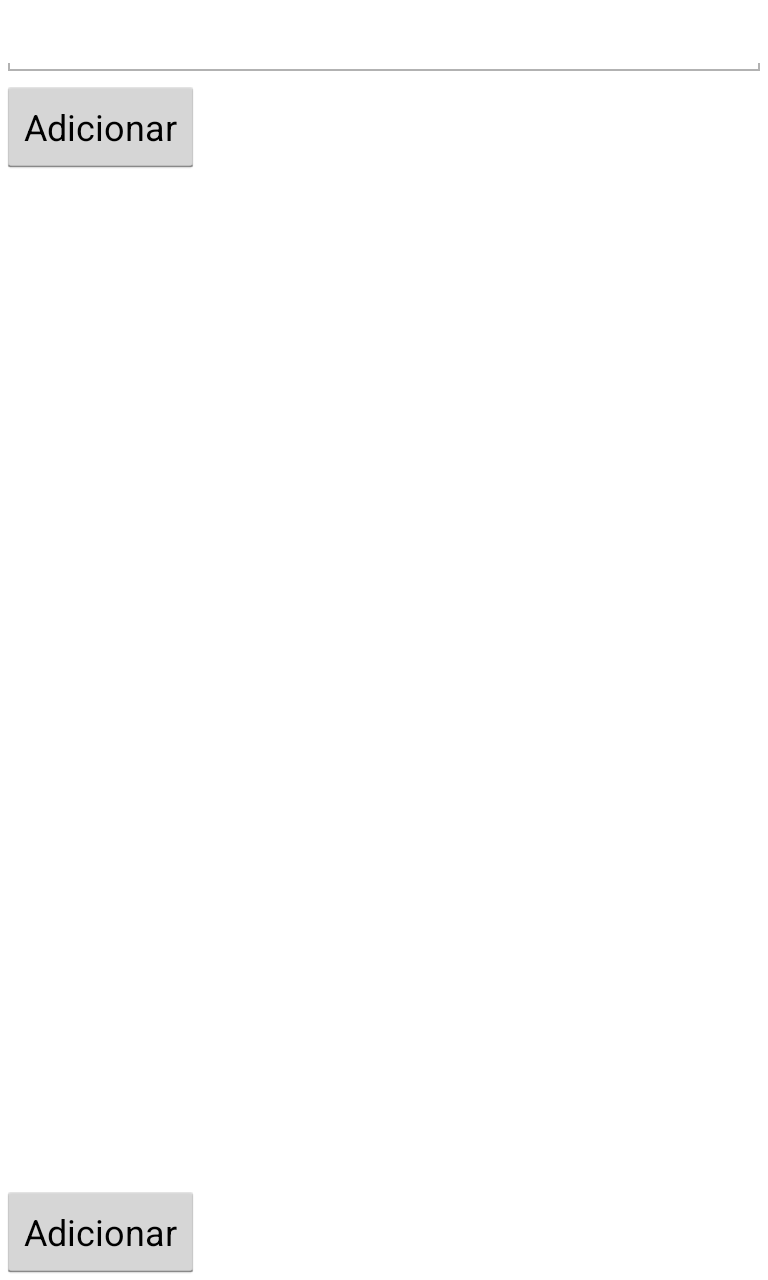
Repository: felipemfp/android-workspace
Layout: Aula05/res/layout/activity_slave.xml
These files come from the project's save history. The layout is drawn as it stood at one moment and after the next save; the edit follows.
It is drawn on a 768 x 1280 px phone screen (xhdpi) without system bars, with theme AppTheme; the app's code is not run.

Above is the layout before, as saved 2015-12-15 12:02:43.

### Aula05/res/layout/activity_slave.xml
<?xml version="1.0" encoding="utf-8"?>
<LinearLayout xmlns:android="http://schemas.android.com/apk/res/android"
    android:layout_width="match_parent"
    android:layout_height="match_parent"
    android:orientation="vertical" >

    <EditText
        android:id="@+id/editText1"
        android:layout_width="match_parent"
        android:layout_height="wrap_content"
        android:inputType="text" />

    <Button
   	    android:layout_width="wrap_content"
   	    android:layout_height="wrap_content"
   	    android:text="Adicionar"
   	   	android:id="@+id/btnAdicionar"
   	   	android:onClick="button1Click"/>

    <TextView
        android:id="@+id/textView1"
        android:layout_width="match_parent"
        android:layout_height="wrap_content"
        android:layout_weight="1"/>

    <Button
   	    android:layout_width="wrap_content"
   	    android:layout_height="wrap_content"
   	    android:text="Adicionar"
   	   	android:id="@+id/btnAdicionar"
   	   	android:onClick="button1Click"/>

</LinearLayout>

Loaded but not shown: Aula05/res/values/styles.xml (common file); Aula05/res/values-v11/styles.xml (common file); Aula05/res/values-v14/styles.xml (common file)

After the next save:
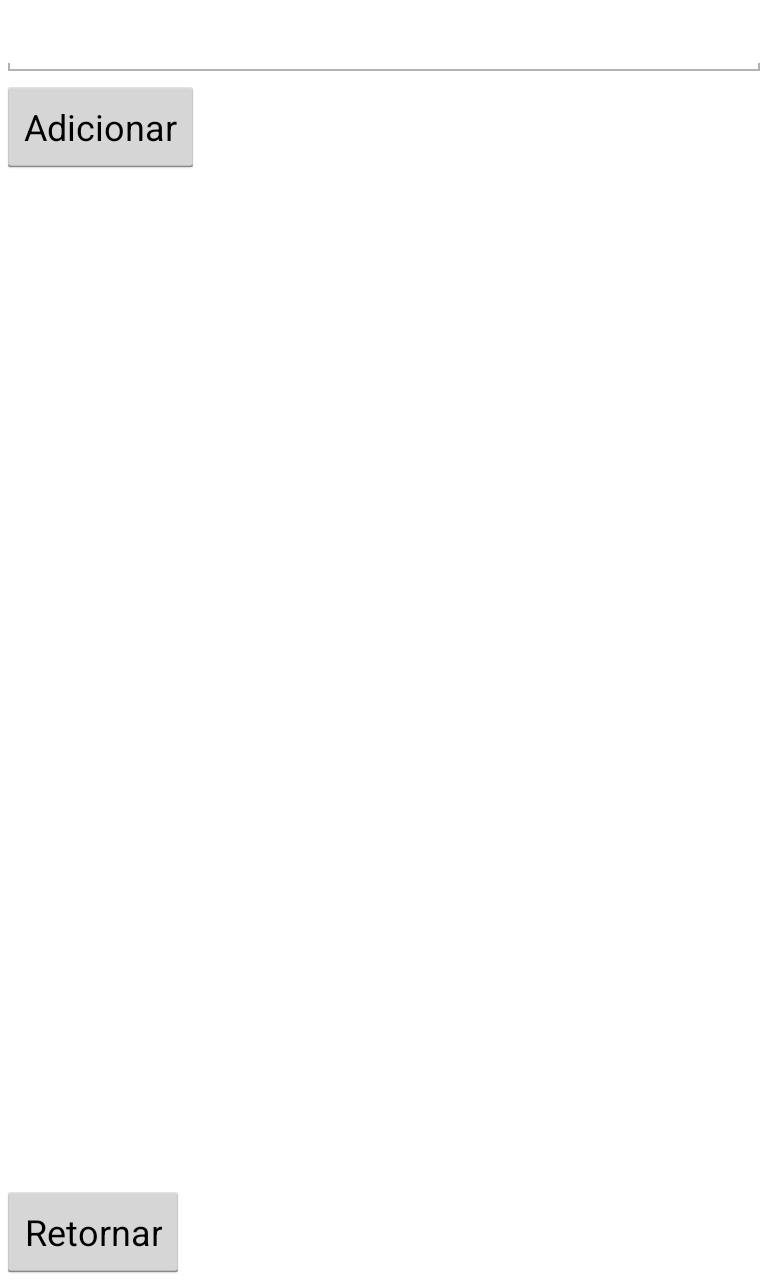
Saved 4 s later.
--- a/Aula05/res/layout/activity_slave.xml
+++ b/Aula05/res/layout/activity_slave.xml
@@ -26,7 +26,7 @@
     <Button
    	    android:layout_width="wrap_content"
    	    android:layout_height="wrap_content"
-   	    android:text="Adicionar"
+   	    android:text="Retornar"
    	   	android:id="@+id/btnAdicionar"
    	   	android:onClick="button1Click"/>
 
